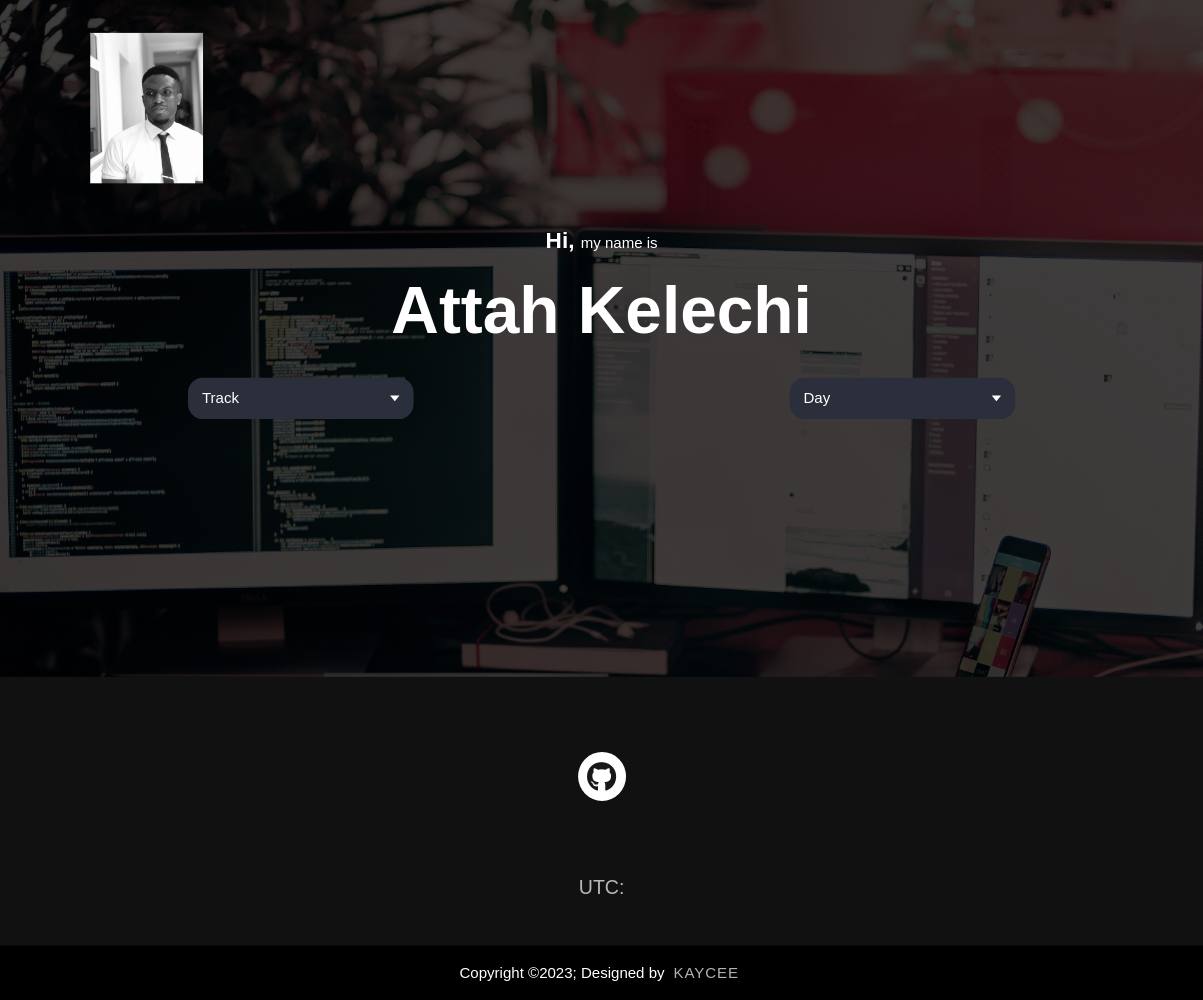
Repository: Kaycee-attah/HNG-Internship_2023
Page: index.html
An editor plug-in stored every save of this project. The page is shown before and after the next save, followed by the edit.
The browser window is 1280 px wide. The pictures show the whole page, at 94% of full size.

Above is the page before, as saved 2023-09-07 11:58:13.

### index.html
<!DOCTYPE html>
<html lang="en">
<head>
    <meta charset="UTF-8">
    <meta name="viewport" content="width=device-width, initial-scale=1.0">
    <title>How to make a website - Easy tutorial</title>
    <link rel="stylesheet" href="style.css">
    <link rel="stylesheet" href="https://cdnjs.cloudflare.com/ajax/libs/font-awesome/6.4.2/css/all.min.css" integrity="sha512-z3gLpd7yknf1YoNbCzqRKc4qyor8gaKU1qmn+CShxbuBusANI9QpRohGBreCFkKxLhei6S9CQXFEbbKuqLg0DA==" crossorigin="anonymous" referrerpolicy="no-referrer" />
</head>
<body>
    <div class="banner">
        <div class="navbar">
            <img class="logo" src="slack_DP.JPG" alt="Kaycee" data-testid="slackDisplayImage">
            <!-- <ul>
                <li><a href="#">Home</a></li>
                <li><a href="#">Bedroom</a></li>
                <li><a href="#">Dining</a></li>
                <li><a href="#">Kitchen</a></li>
                <li><a href="#">Backyard</a></li>
            </ul> -->
        </div>
    </div>
    <div class="content">
        <h2>Hi, <span class="text"> my name is</span></h2>
        <h1 data-testid="slackUserName">Attah Kelechi</h1>

        <div class="track_info">
            <div class="dropdown">
                <div class="select">
                    <span class="selected">Track</span>
                    <div class="caret"></div>
                </div>
                <ul class="menu">
                    <li data-testid="myTrack">Frontend </li>

                </ul>

                <!-- <button type="button"><span class="btn"></span> MORE</button>
                <button type="button"><span class="btn"></span>SUBSCRIBE</button> -->
            </div>
            <div class="dropdown">
                <div class="select">
                    <span class="selected">Day</span>
                    <div class="caret"></div>
                </div>
                <ul class="menu">
                    <li data-testid="currentDayOfTheWeek">Framer </li>

                </ul>

                <!-- <button type="button"><span class="btn"></span> MORE</button>
                <button type="button"><span class="btn"></span>SUBSCRIBE</button> -->
            </div>
        </div>


    </div>
    <footer>
        <div class="footer_Container">
            <div class="social-icon">
                <a href=""><i class="fa-brands fa-github"></i></a>
            </div>

        </div>
        <div class="footer_Info">
            <ul>
                <li data-testid="currentUTCTime">UTC: </li>

            </ul>
        </div>
        <div class="footer_Bottom">
            <p>Copyright &copy;2023; Designed by <span class="designer">Kaycee</span></p>
        </div>
    </footer>

    <script src="script.js"></script>
</body>

</html>

### style.css
*{
    margin: 0;
    padding: 0;
    font-family: sans-serif;

}
body{
    background-image: linear-gradient(rgba(0,0,0,0.75), rgba(0,0,0,0.75)), url(IMG_6759.JPG);
    background-size: cover;
    background-position: center;
}

.banner{
    width: 100%;
    height: 100vh;


}
.navbar{
    width: 85%;
    margin: auto;
    padding: 35px 0;
    display: flex;
    align-items: center;
    justify-content: space-between;
}
.logo{
    width: 120px;
    cursor: pointer;
}
.navbar ul li{
    list-style: none;
    display: inline-block;
    margin: 0 20px;
    position: relative;
}
.navbar ul li a{
    text-decoration: none;
    color: #fff;
    text-transform: uppercase;
}
.navbar ul li::after{
    content: "";
    height: 3px;
    width: 0;
    background: #009688;
    position: absolute;
    left: 0;
    bottom: -10px;
    transition: 0.5s;
}
.navbar ul li:hover::after{
    width: 100%;
}
.content{
    width: 100%;
    position: absolute;
    top: 50%;
    transform: translateY(-50%);
    text-align: center;
    color: #fff;
}
.content h1{
    font-size: 70px;
    margin-top: 20px;
}
.content p{
    margin: 20px auto;
    font-weight: 100;
    line-height: 25px;
}
.text{
    margin: 0;
    font-weight: 20;
    font-size: medium;
    line-height: 5px;
}
.track_info {
    display: flex;
    justify-content: space-around;
    align-items: center;
}
.dropdown{
    min-width: 15em;
    position: relative;
    margin: 2em;
    /* display: flex;
    justify-content: space-between;
    align-items: center; */

}
.dropdown *{
    box-sizing: border-box;
}

.select{
    background: #2a2f3b;
    color: #fff;
    display: flex;
    justify-content: space-between;
    align-items: center;
    border: 2px #2a2f3b solid;
    border-radius: 1em;
    cursor: pointer;
    transition: background 0.3s;
    padding: 0.7em 0.8em;
}
.select-clicked{
    border: 2px #26489a solid;
    box-shadow: 0 0 0.8em #26489a;
    display: flex;
    justify-content: space-between;


}

.select:hover{
    background: #323741;
}

.caret{
    width: 0;
    height: 0;
    border-left: 5px solid transparent;
    border-right: 5px solid transparent;
    border-top: 6px solid #fff;
    transition: 0.3s;
}

.caret-rotate{
    transform: rotateX(180deg);

}

.selected-rotate{
    transform: rotateX(180deg);

}

.menu{
    list-style: none;
    padding: 0.2em 0.5em;
    background: #323741;
    border: 1px #363a43 solid;
    box-shadow: 0 0.5em 1em rgba(0, 0, 0, 0.2);
    border-radius: 0.5em;
    color: #9fa5b5;
    position: absolute;
    width: 100%;
    top: 4em;
    min-height: auto;
    left: 50%;
    transform: translateX(-50%);
    opacity: 0;
    display: none;
    transition: 0.2s;
    z-index: 1;
}

.menu li{
    padding: 0.7em 0.5em;
    margin: 0.3em 0;
    border-radius: 0.5em;
}

.menu li:hover{
    background: #2a2d35;
}

.menu-open{
    display: block;
    opacity: 1;
}


button{
    width: 200px;
    padding: 15px 0;
    text-align: center;
    margin: 20px 10px;
    border-radius: 25px;
    font-weight: bold;
    border: 2px solid #009688;
    background: transparent;
    color: #fff;
    cursor: pointer;
    position: relative;
    overflow: hidden;
}
.btn{
    background: #009688;
    height: 100%;
    width: 0;
    border-radius: 25px;
    position: absolute;
    left: 0;
    bottom: 0;
    z-index: -1;
    transition: 0.5s;
}
button:hover span{
    width: 100%;
}
footer{
    background-color: #111;
    width: 100%;
}
.footer_Container{
    /* width: 100%; */
    padding: 70px 30px 20px;
}
.social-icon{
    display: flex;
    justify-content: center;
}
.social-icon a{
    text-decoration: none;
    padding: 10px;
    background-color: white;
    margin: 10px;
    border-radius: 50%;
}
.social-icon a i{
    font-size: 2em;
    color: black;
    opacity: 0.9;
}


.social-icon a:hover{
    background-color: #111;
    transition: 0.5s;
}
.social-icon a:hover i{
    background-color: white;
    transition: 0.5s;
}
.footer_Info{
    margin: 30px 0;
}
.footer_Info ul{
    display: flex;
    justify-content: space-around;
}
.footer_Info ul li{
    color: white;
    margin: 20px;
    text-decoration: none;
    list-style: none;
    font-size: 1.3em;
    opacity: 0.7;
    transition: 0.5s;
}

.footer_Bottom {
    background-color: #000;
    padding: 20px;
    text-align: center;
}
.footer_Bottom p{
    color: white;

}
.designer{
    opacity: 0.7;
    text-transform: uppercase;
    letter-spacing: 1px;
    font-weight: 400;
    margin: 0px 5px;
    /* position: fixed; */
}

@media (max-width: 700px){
    .footer_Info ul{
        flex-direction: column;
    }
    .footer_Info ul li{
        width: 100%;
        text-align: center;
        margin: 10px 0;
    }
}

### script.js
const now = new Date();
const day = now.getDay();
const hours = now.getHours();
const minutes = now.getMinutes();
const UTCtimeStamp = now.getTime();
const GMTdate_and_time = now.toUTCString();
const daysOfWeek = [
    "Sunday",
    "Monday",
    "Tuesday",
    "Wednesday",
    "Thursday",
    "Friday",
    "Saturday"
]
const today = daysOfWeek[day];
const UTC = now.getUTCMilliseconds();
console.log("Current day of the week:", today)
console.log("UTC:", UTC)

console.log("UTCtimeStamp:", UTCtimeStamp)
console.log("GMTdate_and_time:", GMTdate_and_time)

const dropdowns = document.querySelectorAll('.dropdown');

dropdowns.forEach(dropdown => {
    const select = dropdown.querySelector('.select');
    const caret = dropdown.querySelector('.caret');
    const menu = dropdown.querySelector('.menu');
    const options = dropdown.querySelector('.menu li');
    const selected = dropdown.querySelector('.selected');


    select.addEventListener('click', () => {
        select.classList.toggle('select-clicked');
        select.classList.toggle('caret-rotate');
        selected.classList.toggle('selected-rotate');
        menu.classList.toggle('menu-open');
    })

    // options.forEach(option => {
    //     option.addEventListener('click', () => {
    //         // select.classList.toggle('select-clicked');
    //         select.classList.remove('select-clicked')
    //         caret.classList.remove('caret-rotate');
    //         menu.classList.remove('menu-open');


    //     })
    // })
})

After the next save:
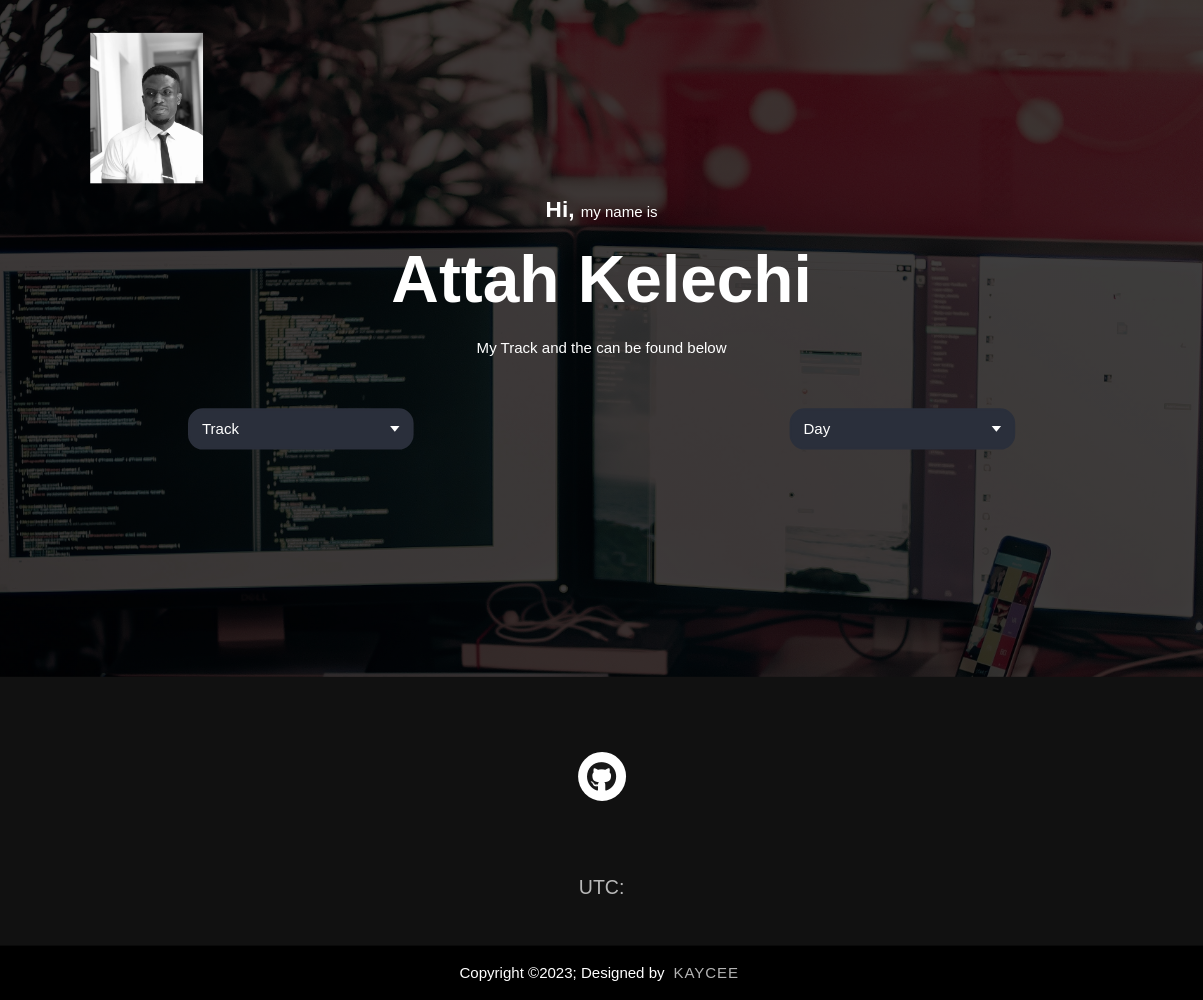
Saved 2 min 32 s later.
--- a/index.html
+++ b/index.html
@@ -23,6 +23,7 @@
     <div class="content">
         <h2>Hi, <span class="text"> my name is</span></h2>
         <h1 data-testid="slackUserName">Attah Kelechi</h1>
+        <p>My Track and the can be found below</p>
 
         <div class="track_info">
             <div class="dropdown">
